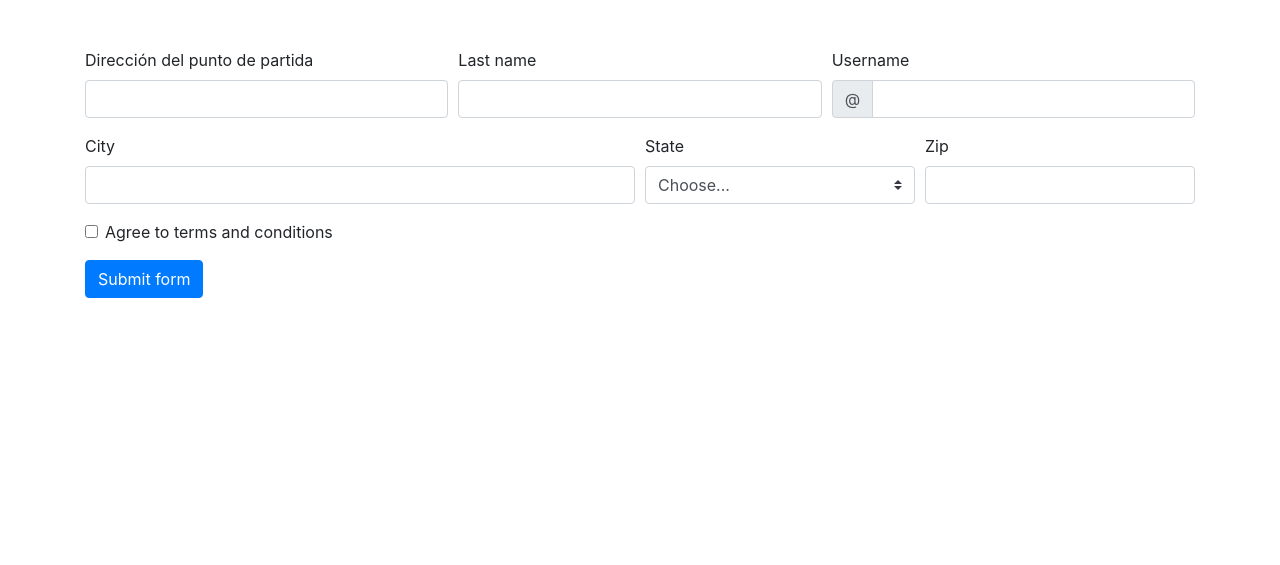
Repository: Jassan851031/foreachTask
Page: /
These files come from the project's save history. The page is drawn as it stood at one moment and after the next save; the edit follows.
The browser window is 1280 px wide. The pictures show the whole page.
The project was rebuilt for these pictures with package versions that can differ from the ones it lists, and the page was loaded fresh each time. Also part of the build but not shown: src/App.css.

Above is the page before, as saved 2020-03-23 14:55:44.

After the next save:
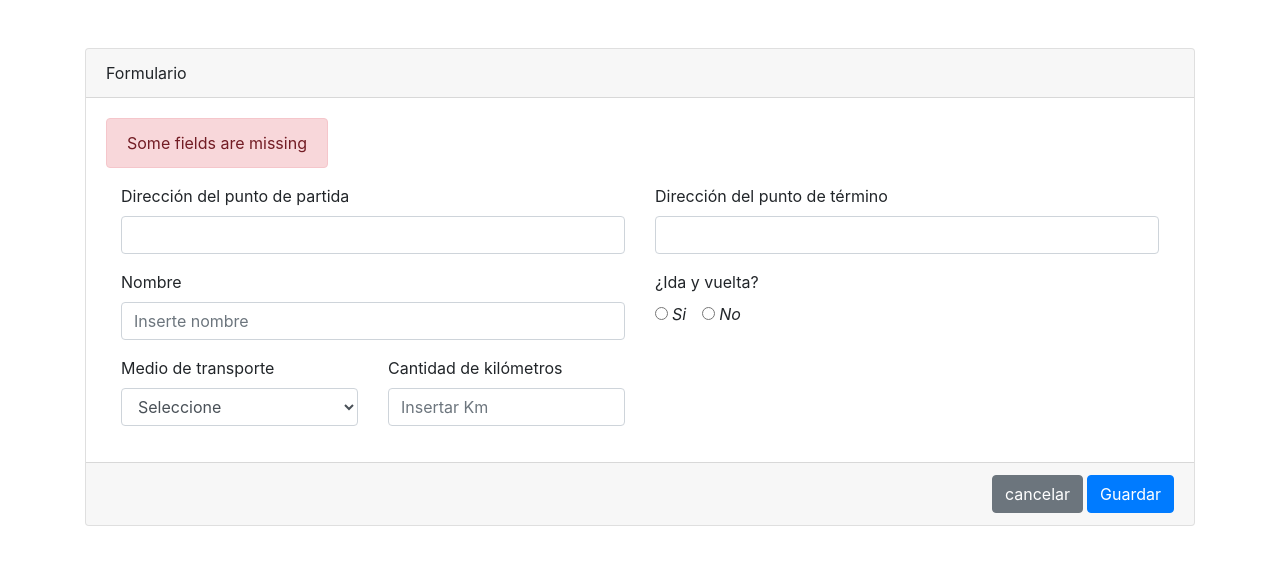
Saved 43 s later.
--- a/src/App.js
+++ b/src/App.js
@@ -4,58 +4,84 @@
 function App() {
   return (
     <div className="container mt-5">
-      <div className="row">
-        <div className="col-md-12">
-          <form>
-            <div className="form-row">
-              <div className="col-md-4 mb-3">
-              <label className="form-label">Dirección del punto de partida</label>
-                <input type="text" className="form-control" id="validationDefault01" required />
-              </div>
-              <div className="col-md-4 mb-3">
-                <label for="validationDefault02">Last name</label>
-                <input type="text" className="form-control" id="validationDefault02" required />
-              </div>
-              <div className="col-md-4 mb-3">
-                <label for="validationDefaultUsername">Username</label>
-                <div className="input-group">
-                  <div className="input-group-prepend">
-                    <span className="input-group-text" id="inputGroupPrepend2">@</span>
+                  <div className="row">
+                    <div className="col-md-12">
+                      <form>
+                        <div className="card">
+                          <div className="card-header">
+                            Formulario
+        </div>
+                          <div className="card-body">
+                            <div className="container">
+                              <div className="row">
+                                <div id="col-md-12">
+                                  <div className="alert alert-danger">
+                                    Some fields are missing
+                </div>
+                                </div>
+                              </div>
+                              <div className="row">
+                                <div className="col-md-6">
+                                  <div className="form-g roup">
+                                    <label className="form-label">Dirección del punto de partida</label>
+                                    <input type="text" id="no_card" className="form-control" />
+                                  </div>
+                                </div>
+                                <div className="col-md-6">
+                                  <div className="form-group">
+                                    <label className="form-label">Dirección del punto de término</label>
+                                    <input type="text" id="key" className="form-control" />
+                                  </div>
+                                </div>
+                              </div>
+                              <div className="row">
+                                <div className="col-md-6">
+                                  <div className="form-group">
+                                    <label className="form-label">Nombre</label>
+                                    <input type="text" id="nombre" className="form-control" placeholder="Inserte nombre" />
+                                  </div>
+                                </div>
+                                <div className="col-md-6">
+                                  <div className="form-group">
+                                    <label className="form-label">¿Ida y vuelta?</label><br />
+                                    <input className="select mr-1" type="radio" name="idavuelta" value="ida" />
+                                    <i className="si mr-3">Si</i>
+                                    <input className="select mr-1" type="radio" name="idavuelta" value="vuelta" />
+                                    <i className="no">No</i>
+                                  </div>
+                                </div>
+                              </div>
+                              <div className="row">
+                                <div className="col-md-3">
+                                  <div className="form-group">
+                                    <label className="form-label">Medio de transporte</label>
+                                    <select id="estado" className="form-control">
+                                      <option value="">Seleccione</option>
+                                      <option value="1"> option 1</option>
+                                      <option value="1"> option 2</option>
+                                      <option value="1"> option 3</option>
+                                      <option value="1"> option 4</option>
+                                    </select>
+                                  </div>
+                                </div>
+                                <div className="col-md-3">
+                                  <div className="form-group">
+                                    <label className="form-label">Cantidad de kilómetros</label>
+                                    <input type="text" id="postal" className="form-control" placeholder="Insertar Km" />
+                                  </div>
+                                </div>
+                              </div>
+                            </div>
+                          </div>
+                          <div className="card-footer text-right">
+                            <button className="btn btn-secondary mr-1">cancelar</button>
+                            <button className="btn btn-primary">Guardar</button>
+                          </div>
+                        </div>
+                      </form>
+                    </div>
                   </div>
-                  <input type="text" className="form-control" id="validationDefaultUsername" aria-describedby="inputGroupPrepend2" required />
                 </div>
-              </div>
-            </div>
-            <div className="form-row">
-              <div className="col-md-6 mb-3">
-                <label for="validationDefault03">City</label>
-                <input type="text" className="form-control" id="validationDefault03" required />
-              </div>
-              <div className="col-md-3 mb-3">
-                <label for="validationDefault04">State</label>
-                <select className="custom-select" id="validationDefault04" required>
-                  <option selected disabled value="">Choose...</option>
-                  <option>...</option>
-                </select>
-              </div>
-              <div className="col-md-3 mb-3">
-                <label for="validationDefault05">Zip</label>
-                <input type="text" className="form-control" id="validationDefault05" required />
-              </div>
-            </div>
-            <div className="form-group">
-              <div className="form-check">
-                <input className="form-check-input" type="checkbox" value="" id="invalidCheck2" required />
-                <label className="form-check-label" for="invalidCheck2">
-                  Agree to terms and conditions
-      </label>
-              </div>
-            </div>
-            <button className="btn btn-primary" type="submit">Submit form</button>
-          </form>
-        </div>
-      </div>
-    </div>
   );
 }
 

After the save that followed:
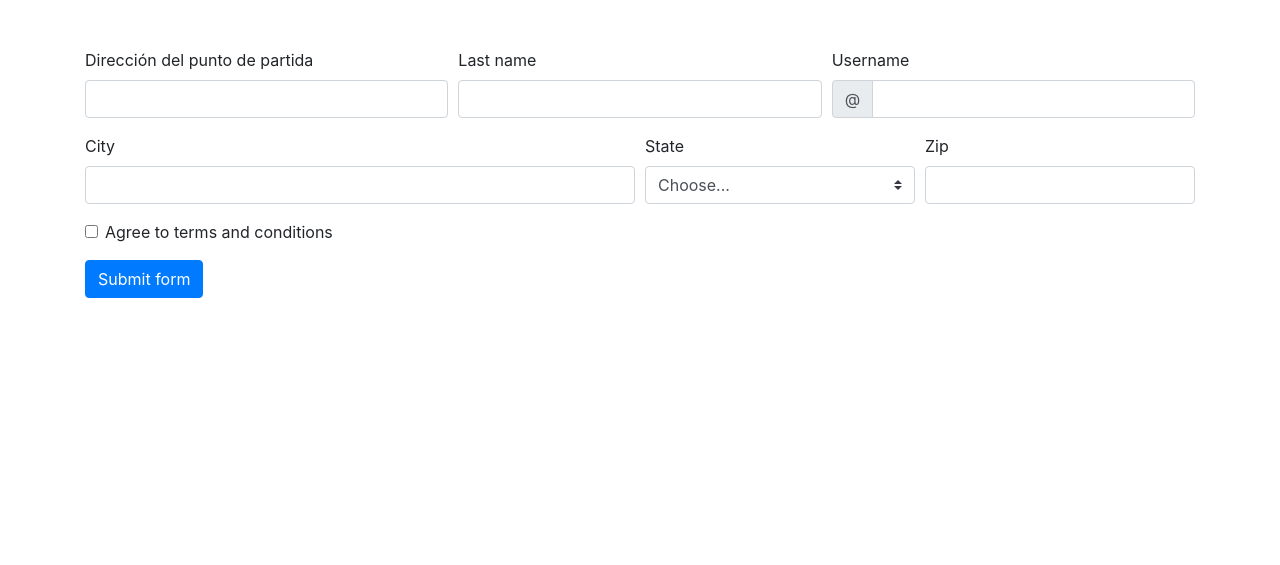
Saved 31 s later.
--- a/src/App.js
+++ b/src/App.js
@@ -4,84 +4,58 @@
 function App() {
   return (
     <div className="container mt-5">
-                  <div className="row">
-                    <div className="col-md-12">
-                      <form>
-                        <div className="card">
-                          <div className="card-header">
-                            Formulario
+      <div className="row">
+        <div className="col-md-12">
+          <form>
+            <div className="form-row">
+              <div className="col-md-4 mb-3">
+              <label className="form-label">Dirección del punto de partida</label>
+                <input type="text" className="form-control" id="validationDefault01" required />
+              </div>
+              <div className="col-md-4 mb-3">
+                <label for="validationDefault02">Last name</label>
+                <input type="text" className="form-control" id="validationDefault02" required />
+              </div>
+              <div className="col-md-4 mb-3">
+                <label for="validationDefaultUsername">Username</label>
+                <div className="input-group">
+                  <div className="input-group-prepend">
+                    <span className="input-group-text" id="inputGroupPrepend2">@</span>
+                  </div>
+                  <input type="text" className="form-control" id="validationDefaultUsername" aria-describedby="inputGroupPrepend2" required />
+                </div>
+              </div>
+            </div>
+            <div className="form-row">
+              <div className="col-md-6 mb-3">
+                <label for="validationDefault03">City</label>
+                <input type="text" className="form-control" id="validationDefault03" required />
+              </div>
+              <div className="col-md-3 mb-3">
+                <label for="validationDefault04">State</label>
+                <select className="custom-select" id="validationDefault04" required>
+                  <option selected disabled value="">Choose...</option>
+                  <option>...</option>
+                </select>
+              </div>
+              <div className="col-md-3 mb-3">
+                <label for="validationDefault05">Zip</label>
+                <input type="text" className="form-control" id="validationDefault05" required />
+              </div>
+            </div>
+            <div className="form-group">
+              <div className="form-check">
+                <input className="form-check-input" type="checkbox" value="" id="invalidCheck2" required />
+                <label className="form-check-label" for="invalidCheck2">
+                  Agree to terms and conditions
+      </label>
+              </div>
+            </div>
+            <button className="btn btn-primary" type="submit">Submit form</button>
+          </form>
         </div>
-                          <div className="card-body">
-                            <div className="container">
-                              <div className="row">
-                                <div id="col-md-12">
-                                  <div className="alert alert-danger">
-                                    Some fields are missing
-                </div>
-                                </div>
-                              </div>
-                              <div className="row">
-                                <div className="col-md-6">
-                                  <div className="form-g roup">
-                                    <label className="form-label">Dirección del punto de partida</label>
-                                    <input type="text" id="no_card" className="form-control" />
-                                  </div>
-                                </div>
-                                <div className="col-md-6">
-                                  <div className="form-group">
-                                    <label className="form-label">Dirección del punto de término</label>
-                                    <input type="text" id="key" className="form-control" />
-                                  </div>
-                                </div>
-                              </div>
-                              <div className="row">
-                                <div className="col-md-6">
-                                  <div className="form-group">
-                                    <label className="form-label">Nombre</label>
-                                    <input type="text" id="nombre" className="form-control" placeholder="Inserte nombre" />
-                                  </div>
-                                </div>
-                                <div className="col-md-6">
-                                  <div className="form-group">
-                                    <label className="form-label">¿Ida y vuelta?</label><br />
-                                    <input className="select mr-1" type="radio" name="idavuelta" value="ida" />
-                                    <i className="si mr-3">Si</i>
-                                    <input className="select mr-1" type="radio" name="idavuelta" value="vuelta" />
-                                    <i className="no">No</i>
-                                  </div>
-                                </div>
-                              </div>
-                              <div className="row">
-                                <div className="col-md-3">
-                                  <div className="form-group">
-                                    <label className="form-label">Medio de transporte</label>
-                                    <select id="estado" className="form-control">
-                                      <option value="">Seleccione</option>
-                                      <option value="1"> option 1</option>
-                                      <option value="1"> option 2</option>
-                                      <option value="1"> option 3</option>
-                                      <option value="1"> option 4</option>
-                                    </select>
-                                  </div>
-                                </div>
-                                <div className="col-md-3">
-                                  <div className="form-group">
-                                    <label className="form-label">Cantidad de kilómetros</label>
-                                    <input type="text" id="postal" className="form-control" placeholder="Insertar Km" />
-                                  </div>
-                                </div>
-                              </div>
-                            </div>
-                          </div>
-                          <div className="card-footer text-right">
-                            <button className="btn btn-secondary mr-1">cancelar</button>
-                            <button className="btn btn-primary">Guardar</button>
-                          </div>
-                        </div>
-                      </form>
-                    </div>
-                  </div>
-                </div>
+      </div>
+    </div>
   );
 }
 
